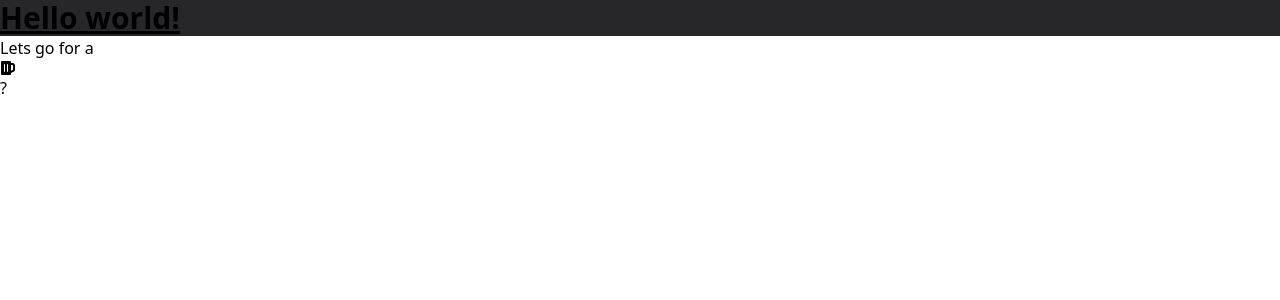
Repository: SharonSebastian32/dragable_cards
Page: /
These files come from the project's save history. The page is drawn as it stood at one moment and after a run of saves; the edit follows.
The browser window is 1280 px wide. The pictures show the whole page.
The project was rebuilt for these pictures with package versions that can differ from the ones it lists, and the page was loaded fresh each time. Also part of the build but not shown: vite.config.js.

Above is the page before, as saved 2024-08-21 09:37:38.

After the next 2 saves:
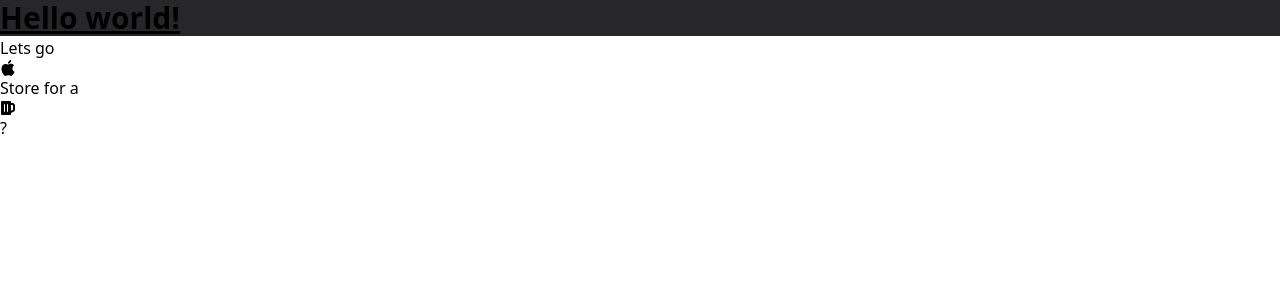
The 2 saves are shown as one change because they came seconds apart.
The last was saved 11 s later.
--- a/src/App.jsx
+++ b/src/App.jsx
@@ -9,7 +9,8 @@ export default function App() {
       </h1>
       <h3>
         {" "}
-        Lets go for a <FaBeer />?{" "}
+        Lets go <ImAppleinc /> Store
+        for a <FaBeer />?{" "}
       </h3>
     </>
   );
